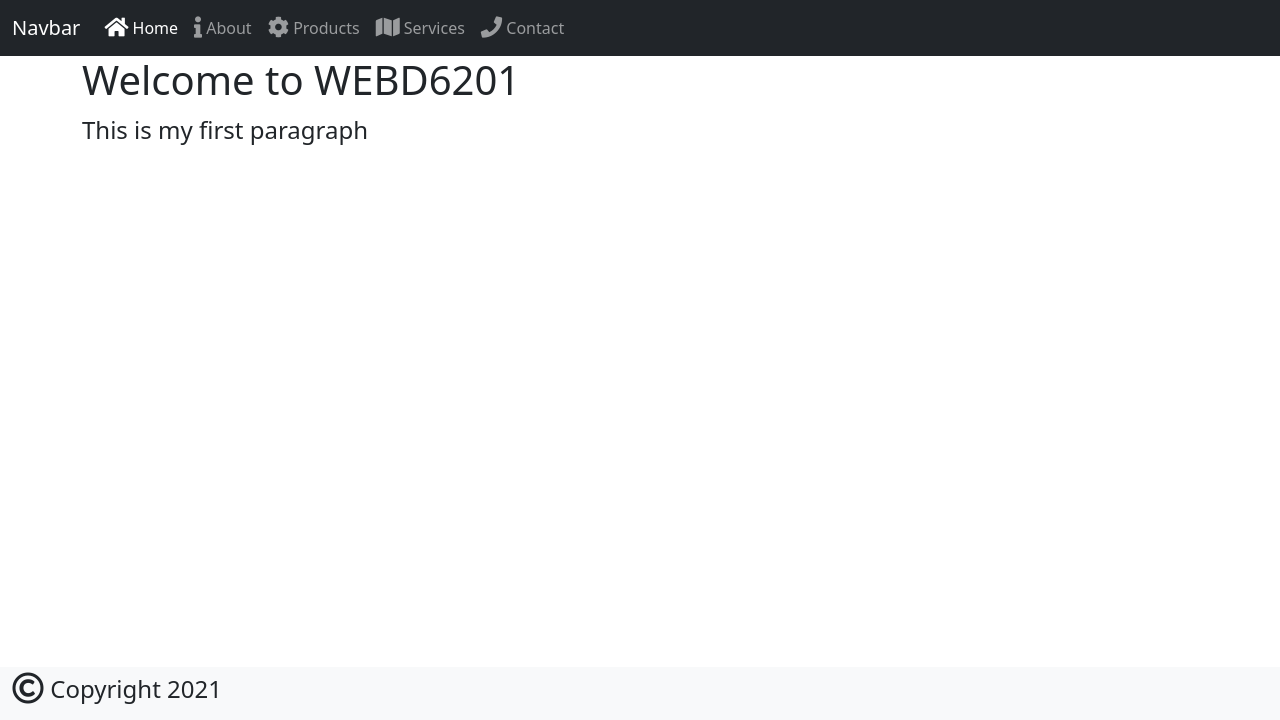
Repository: evanpalmer002/WEBD6201-ICE4
Page: index.html
These files come from the project's save history. The page is drawn as it stood at one moment and after the next save; the edit follows.
The browser window is 1280 px wide. The pictures show the whole page.

Above is the page before, as saved 2021-01-20 15:23:28.

### index.html
<!DOCTYPE html>
<html lang="en">
<head>
    <meta charset="UTF-8">
    <meta name="viewport" content="width=device-width, initial-scale=1.0">
    <title>WEBD6201 - ICE 1</title>
    <!-- CSS Section -->
    <link rel="stylesheet" href="./node_modules/bootstrap/dist/css/bootstrap.min.css">
    <link rel="stylesheet" href="./node_modules/@fortawesome//fontawesome-free/css/all.min.css">
    <link rel="stylesheet" href="./Content/app.css">
</head>
<body>
    <!-- Main Navigation -->
    <header>
        <nav class="navbar navbar-expand-lg navbar-dark bg-dark justify-content-end">
            <div class="container-fluid">
              <a class="navbar-brand" href="#">Navbar</a>
              <button class="navbar-toggler" type="button" data-bs-toggle="collapse" data-bs-target="#navbarSupportedContent" aria-controls="navbarSupportedContent" aria-expanded="false" aria-label="Toggle navigation">
                <span class="navbar-toggler-icon"></span>
              </button>
              <div class="collapse navbar-collapse" id="navbarSupportedContent">

                <ul class="navbar-nav">

                  <li class="nav-item">
                    <a class="nav-link active" aria-current="page" href="#"><i class="fas fa-home fa-lg"></i> Home</a>
                  </li>

                  <li class="nav-item">
                    <a class="nav-link" href="#"><i class="fas fa-info fa-lg"></i> About</a>
                  </li>

                  <li class="nav-item">
                    <a class="nav-link" href="#"><i class="fas fa-cog fa-lg"></i> Products</a>
                  </li>

                  <li class="nav-item">
                    <a class="nav-link" href="#"><i class="fas fa-map fa-lg"></i> Services</a>
                  </li>

                  <li class="nav-item">
                    <a class="nav-link" href="#"><i class="fas fa-phone fa-lg"></i> Contact</a>
                  </li>

                </ul>
              </div>
            </div>
          </nav>
    </header>

    <main class="container">
        <h1>Welcome to WEBD6201</h1>
        <p id="paragraphOne" class="fs-4"></p>
    </main>

    <footer>
        <nav class="navbar fixed-bottom navbar-light bg-light">
            <div class="container-fluid">
              <h4><i class="far fa-copyright fa-lg"></i> Copyright 2021</h4>
            </div>
          </nav>
    </footer>

    <!-- JavaScript Section -->
    <script src="./node_modules/jquery/dist/jquery.min.js"></script>
    <script src="./node_modules/bootstrap/dist/js/bootstrap.bundle.min.js"></script>
    <script src="./Scripts/app.js"></script>
</body>
</html>

### Scripts/app.js
/*custon javascript  goes here */

// - Immediately invoked function Expression

(function()
{

    function Start()
    {
        console.log("App Started...");

        let paragraphOneContent = "This is my first paragraph"

        let paragraphOne = document.getElementById("paragraphOne");
        paragraphOne.textContent = paragraphOneContent;

        let paragraphOneElements = document.getElementsByTagName("p")[0];
        console.log(paragraphOneElements);

        let paragraphQuery = document.querySelector("p")
        console.log(paragraphQuery);

        let paragraphOneQuerys = document.querySelectorAll("p")[0];
        console.log(paragraphOneQuerys);
    }

    window.addEventListener("load", Start);
})();

Loaded but not shown: node_modules/bootstrap/dist/css/bootstrap.min.css (library); node_modules/@fortawesome/fontawesome-free/css/all.min.css (library); node_modules/jquery/dist/jquery.min.js (library); node_modules/bootstrap/dist/js/bootstrap.bundle.min.js (library); Content/app.css (no copy from this time; the picture is the same without it)

After the next save:
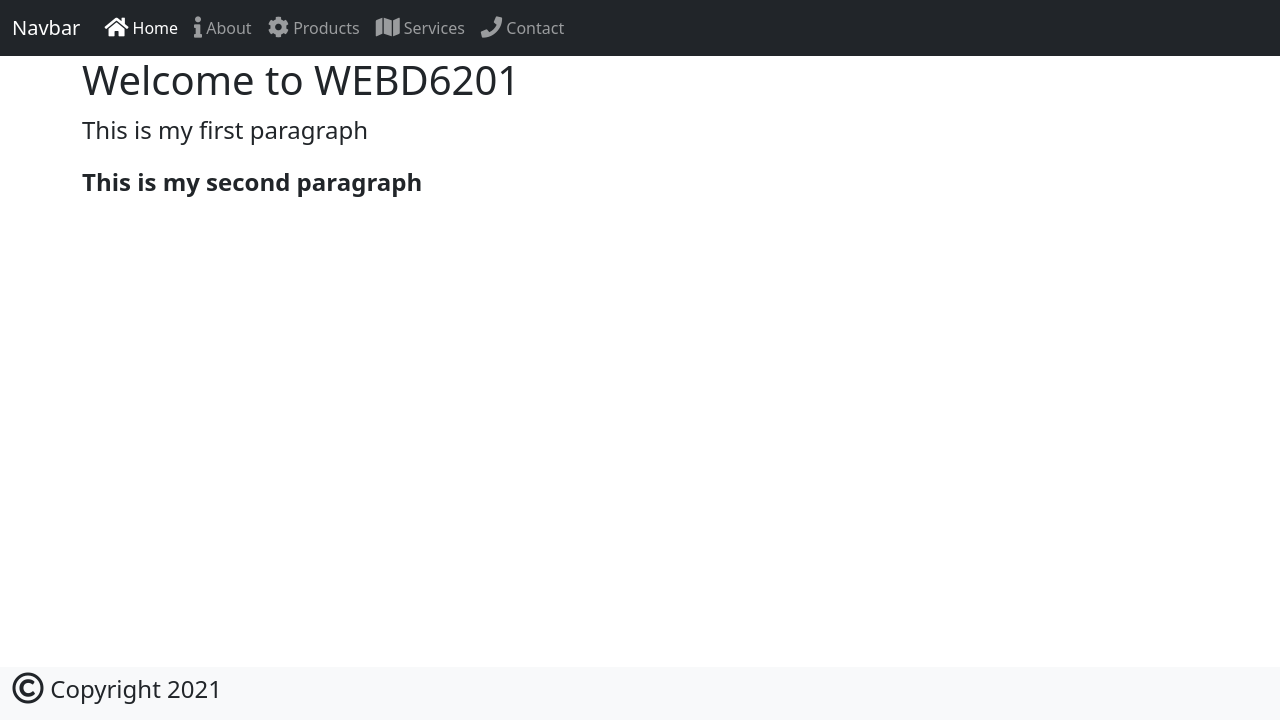
Saved 4 min 35 s later.
--- a/Scripts/app.js
+++ b/Scripts/app.js
@@ -9,19 +9,22 @@
     {
         console.log("App Started...");
 
+
         let paragraphOneContent = "This is my first paragraph"
-
+        //Selection
         let paragraphOne = document.getElementById("paragraphOne");
         paragraphOne.textContent = paragraphOneContent;
 
-        let paragraphOneElements = document.getElementsByTagName("p")[0];
-        console.log(paragraphOneElements);
-
-        let paragraphQuery = document.querySelector("p")
-        console.log(paragraphQuery);
-
-        let paragraphOneQuerys = document.querySelectorAll("p")[0];
-        console.log(paragraphOneQuerys);
+        //Step 1 Create a new element
+        let paragraphTwo = document.createElement("p");
+        //Step 2 Configure the new element
+        paragraphTwo.setAttribute("id", "paragraphTwo");
+        paragraphTwo.textContent = "This is my second paragraph";
+        paragraphTwo.className = "fs-4 fw-bold";
+        //Step 3 Target the parent element
+        let mainContent = document.querySelector("main");
+        //Step 4 Append the new element to the parent
+        mainContent.appendChild(paragraphTwo);
     }
 
     window.addEventListener("load", Start);
